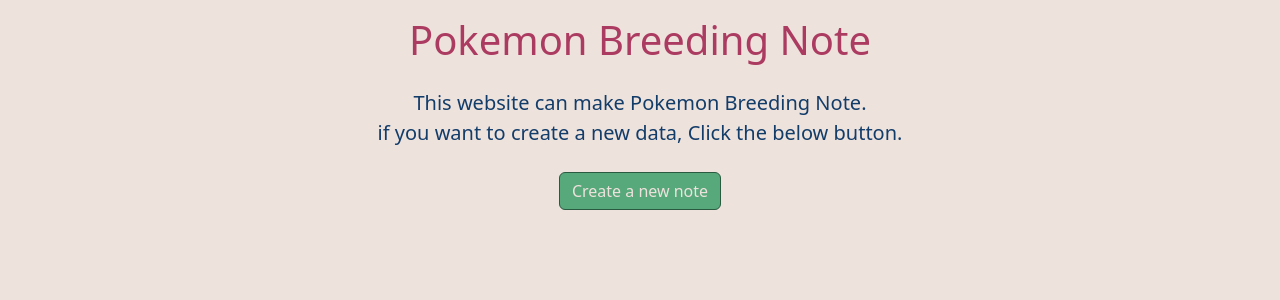
Repository: Losty522/PokemonBreedingNote
Page: /
These files come from the project's save history. The page is drawn as it stood at one moment and after the next save; the edit follows.
The browser window is 1280 px wide. The pictures show the whole page.
The project was rebuilt for these pictures with package versions that can differ from the ones it lists, and the page was loaded fresh each time. Also part of the build but not shown: vite.config.js, src/components/Create.css, src/components/form/Title.jsx, src/components/form/Natures.jsx, src/components/form/Abilities.jsx, src/components/form/Moves.jsx, src/components/form/HeldItem.jsx, src/components/form/TeraType.jsx and 7 more.

Above is the page before, as saved 2024-01-20 22:17:01.

### src/App.jsx
import { BrowserRouter as Router, Routes, Route } from "react-router-dom";
import Home from "./components/Home";
import Create from "./components/Create";
import SavedDataContextProvider from "./context/SavedDataContextProvider";
import { View } from "./components/View";
import PokeDetail from "./components/PokeDetail";
import PokeEdit from "./components/PokeEdit";

const App = () => {
  return (
    <>
      <SavedDataContextProvider>
        <Router>
          <Routes>
            <Route path="/" element={<Home />}>
              <Route index element={<View />} />
              <Route path="detail/:Id" element={<PokeDetail />} />
              <Route path="edit/:Id" element={<PokeEdit />} />
            </Route>

            <Route path="/create" element={<Create />} />
          </Routes>
        </Router>
      </SavedDataContextProvider>
    </>
  );
};

export default App;

### src/index.css
*{
  margin: 0;
  padding: 0;
}

body{
   /* background-color: #edc7B7; */
   background-color: #eee2dc;
  color: #123C69

}

.title{
  color: #Ac3b61;
}

### src/components/Home.jsx
import Button from "react-bootstrap/Button";
import { useNavigate } from "react-router-dom";
import { Outlet } from "react-router-dom";
import Row from "react-bootstrap/Row";
import Col from "react-bootstrap/Col";

const Home = () => {
  const greenButton = {
    backgroundColor: "#57a87b",
    borderColor: "#2a5a40",
    color: "#eee2dc",
  };

  const navigate = useNavigate();
  return (
    <>
      <Row className="align-items-center justify-content-center text-center mx-auto my-3">
        <Col xs="auto" className="mb-3">
          <h1 className="title">Pokemon Breeding Note</h1>
        </Col>

        <p style={{ fontSize: "20px" }}>
          This website can make Pokemon Breeding Note.
          <br />
          if you want to create a new data, Click the below button.
        </p>

        <Col xs="auto" className="mb-3 mt-2">
          <Button
            onClick={() => {
              window.scroll({
                top: 0,
                behavior: "instant",
              });
              navigate("/create");
            }}
            style={greenButton}
          >
            Create a new note
          </Button>
        </Col>

        <Outlet />
      </Row>
    </>
  );
};

export default Home;

### src/context/SavedDataContextProvider.jsx
import { useState } from "react";
import SavedDataContext from "./SavedDataContext";
const SavedDataContextProvider = ({ children }) => {
  const [savedData, setSavedData] = useState([]);
  return (
    <SavedDataContext.Provider value={{ savedData, setSavedData }}>
      {children}
    </SavedDataContext.Provider>
  );
};

export default SavedDataContextProvider;

### src/components/View.jsx
import SavedDataContext from "../context/SavedDataContext";
import Button from "react-bootstrap/Button";
import Card from "react-bootstrap/Card";
import { useContext, useEffect } from "react";
import { useNavigate } from "react-router-dom";
import Row from "react-bootstrap/Row";
import Col from "react-bootstrap/Col";
import "./View.css";

export const View = () => {
  const redButton = {
    backgroundColor: "#Ac3b61",
    borderColor: "#Ac3b61",
    color: "#eee2dc",
  };
  const blueButton = {
    backgroundColor: "#5a5cd2",
    borderColor: "#31339e",
    color: "#eee2dc",
  };

  const handleDelete = (event) => {
    const tmpData = savedData.slice();
    tmpData.splice(Number(event.currentTarget.id), 1);
    setSavedData([...tmpData]);
  };

  const navigate = useNavigate();
  const { savedData, setSavedData } = useContext(SavedDataContext);

  return (
    <>
      <Row className="  mx-auto my-1">
        {savedData?.map((data, index) => (
          <Col key={index}>
            <Card className=" mb-2" style={{ width: "210px", margin: "auto" }}>
              <Card.Body className=" pokeCard ">
                <Card.Title
                  style={{
                    color: "#123C69",
                    fontSize: "18px",
                    height: "20px",
                  }}
                >
                  {data.pokeName}
                </Card.Title>
                <Card.Img
                  variant="top"
                  src={data.pokeUrl}
                  className="img-fluid card-image"
                  style={{ width: "130px", height: "auto" }}
                />

                <Card.Title
                  className="card-title"
                  style={{ fontSize: "16px", color: "#123C69" }}
                >
                  {data.title}
                </Card.Title>
                <Card.Text
                  className="card-description"
                  style={{ fontSize: "14px", color: "#123C69" }}
                >
                  {data.description}
                </Card.Text>
                <Card.Text> </Card.Text>
                <Row>
                  <Col>
                    <Button
                      style={blueButton}
                      onClick={() => {
                        window.scroll({
                          top: 0,
                          behavior: "instant",
                        });
                        navigate(`/detail/${index}`);
                      }}
                    >
                      View
                    </Button>
                  </Col>
                  <Col>
                    <Button
                      style={redButton}
                      id={index}
                      onClick={(event) => {
                        handleDelete(event);
                      }}
                    >
                      Delete
                    </Button>
                  </Col>
                </Row>
              </Card.Body>
            </Card>
          </Col>
        ))}
      </Row>
    </>
  );
};

### src/context/SavedDataContext.jsx
import { createContext } from "react";

const SavedDataContext = createContext();

export default SavedDataContext;

Loaded but not shown: index.html (common file); src/main.jsx (common file)

After the next save:
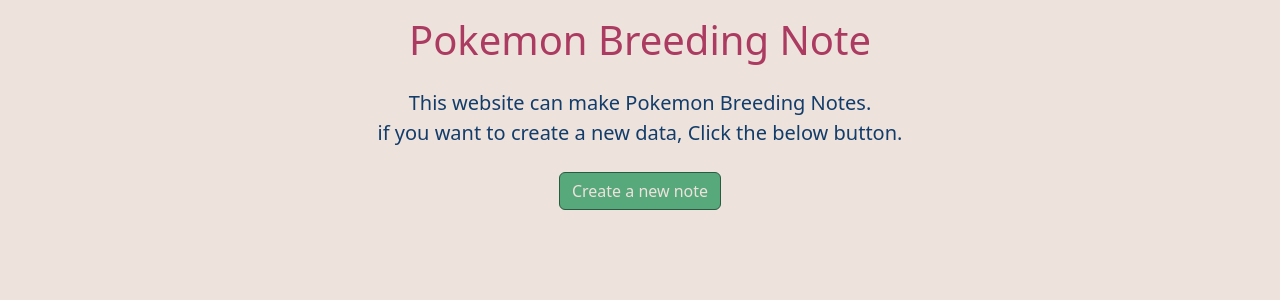
Saved 88 s later.
--- a/src/components/Home.jsx
+++ b/src/components/Home.jsx
@@ -20,7 +20,7 @@
         </Col>
 
         <p style={{ fontSize: "20px" }}>
-          This website can make Pokemon Breeding Note.
+          This website can make Pokemon Breeding Notes.
           <br />
           if you want to create a new data, Click the below button.
         </p>
